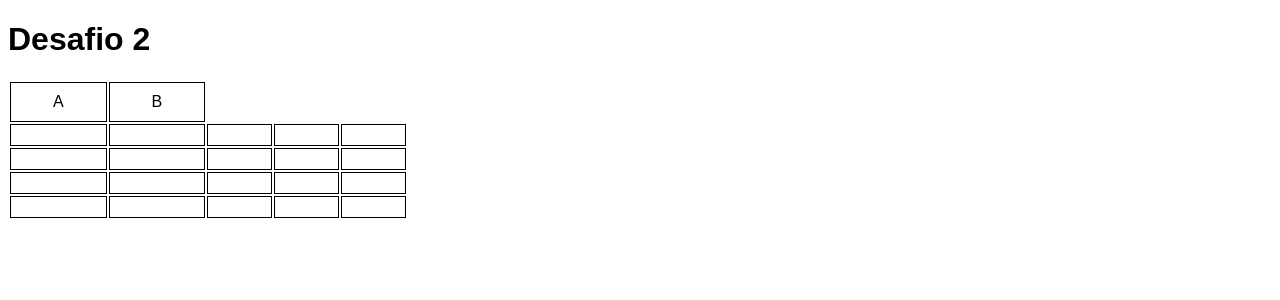
Repository: railsondev/html-css
Page: Módulo3/Desafio/D03 - tabela 1/tabela1.html
An editor plug-in stored every save of this project. The page is shown before and after the next save, followed by the edit.
The browser window is 1280 px wide. The pictures show the whole page.

Above is the page before, as saved 2024-10-19 22:15:03.

After the next save:
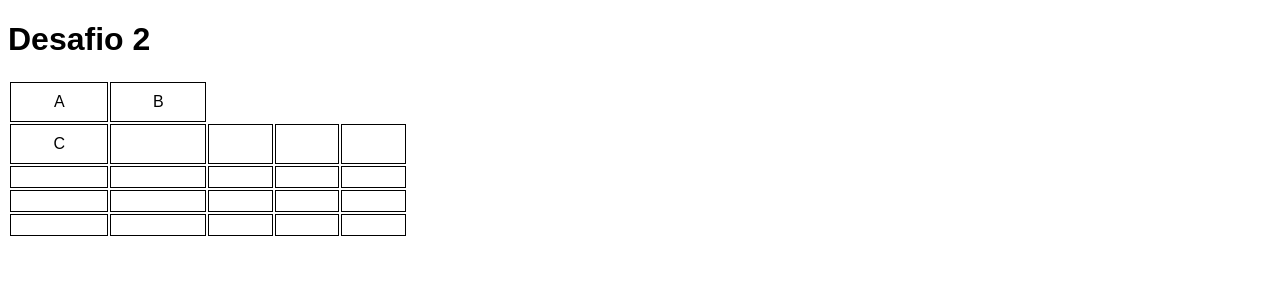
Saved 12 s later.
--- a/Módulo3/Desafio/D03 - tabela 1/tabela1.html
+++ b/Módulo3/Desafio/D03 - tabela 1/tabela1.html
@@ -14,7 +14,7 @@
       <td>B</td>
     </tr>
     <tr>
-      <td></td>
+      <td>C</td>
       <td></td>
       <td></td>
       <td></td>
